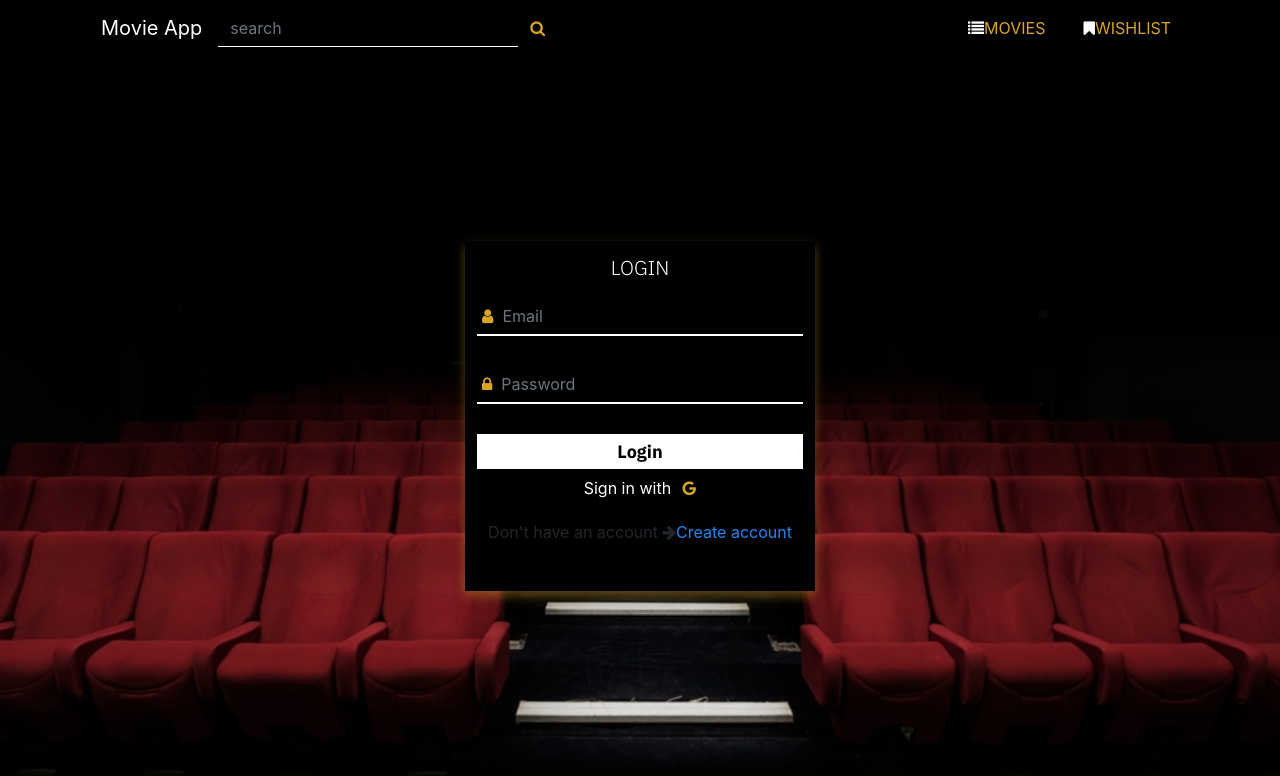
Repository: latenightsnacc/movie-db-app
Page: login.html
An editor plug-in stored every save of this project. The page is shown before and after the next save, followed by the edit.
The browser window is 1280 px wide. The pictures show the whole page.
The style sheet was rebuilt from its Sass, Less or Tailwind sources for each picture, by a compiler version that may differ from the author's.

Above is the page before, as saved 2020-06-17 10:51:08.
Console error (its wording comes from the project's code and is left out).

After the next save:
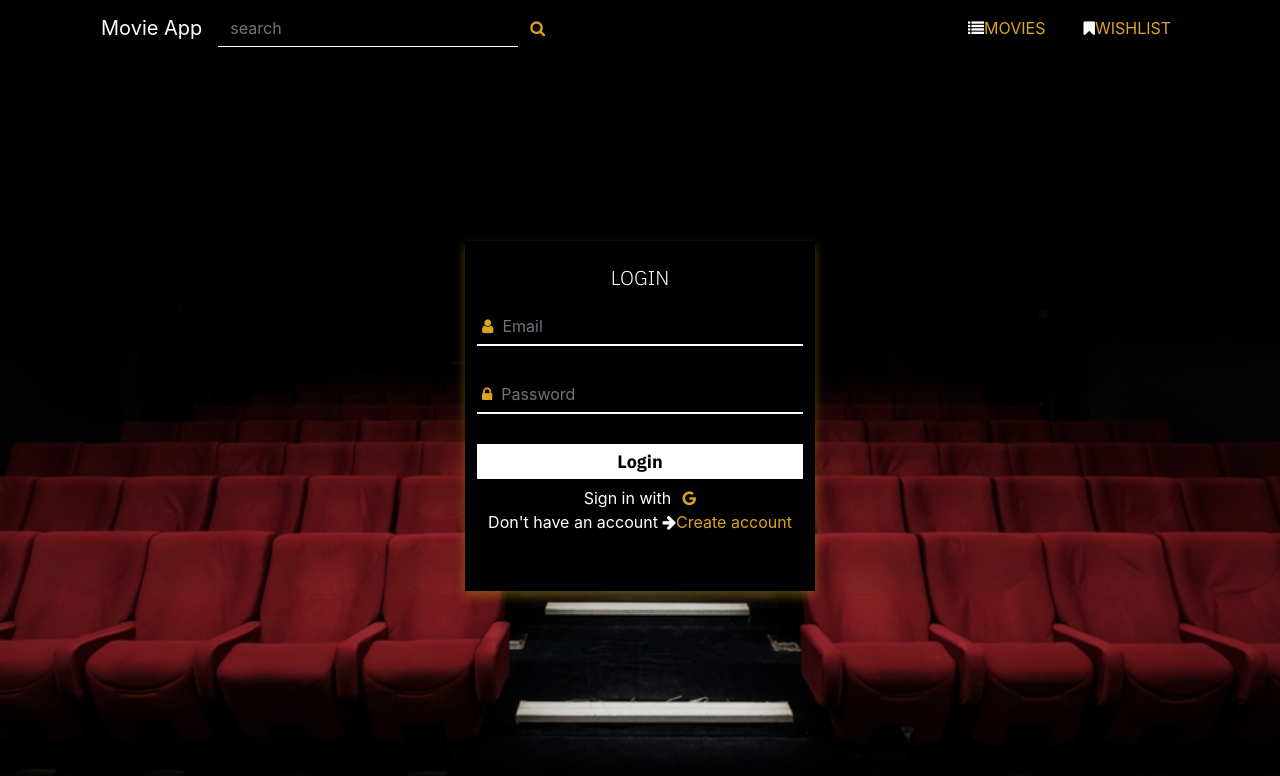
Saved 118 s later.
--- a/Stylesheet/login.scss
+++ b/Stylesheet/login.scss
@@ -81,6 +81,20 @@
                     }
                 }
 
+
+            }
+
+            p {
+                margin-top: 0;
+                color: $light;
+                    a{
+                        color: $golden;
+                        text-decoration: none;
+
+                        &:hover {
+                            text-decoration: none;
+                        }
+                    }
             }
         }
     }
